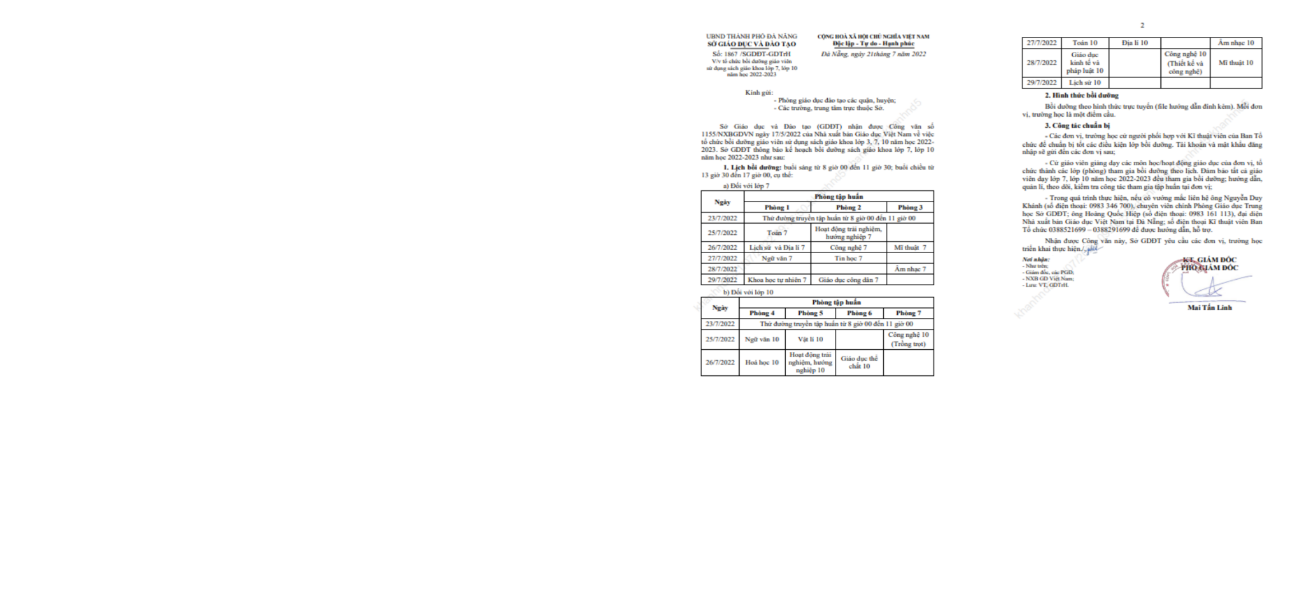
Repository: dphasst17/THPTVCC
Page: document/document_content/dc1.html
These files come from the project's save history. The page is drawn as it stood at one moment and after the next save; the edit follows.
The browser window is 1280 px wide. The page is 1290 px wide, then 1280 px, so the pictures cover 1290 px, including what lies to the right of the window. The pictures show the whole page.

Above is the page before, as saved 2022-10-14 12:21:53.

After the next save:
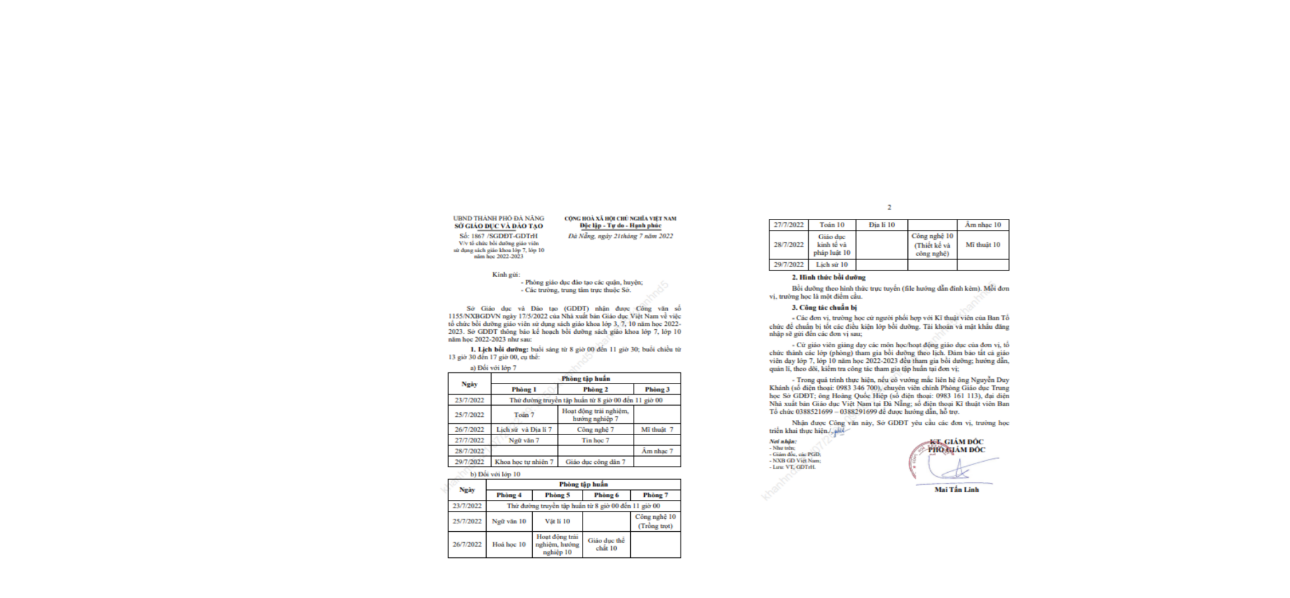
Saved 53 s later.
--- a/document/document_content/dc1.html
+++ b/document/document_content/dc1.html
@@ -8,7 +8,8 @@
         .content{
             width:650px;
             height:450px;
-            margin-left:50%;
+            margin-left:30%;
+            margin-top:15%;
         }
         img{
             display:inline-flex;
